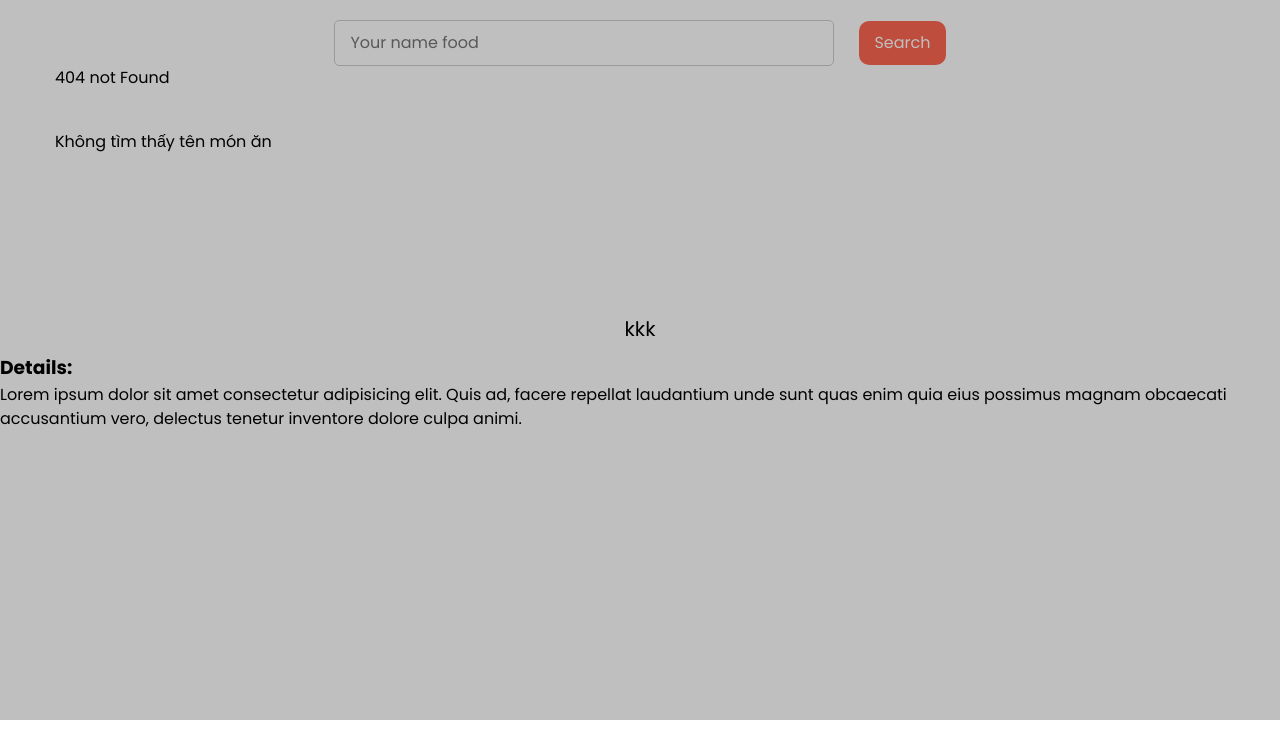
Repository: hoang0508/ReactJsDevWork
Page: /
These files come from the project's save history. The page is drawn as it stood at one moment and after the next save; the edit follows.
The browser window is 1280 px wide. The pictures show the whole page.
The page's requests for data from a server got no answer. The project was rebuilt for these pictures with package versions that can differ from the ones it lists, and the page was loaded fresh each time. No one was signed in, and anything a server would have sent is missing.

Above is the page before, as saved 2022-02-05 22:53:43.

### src/index.scss
body {
  margin: 0;
  font-family: "Poppins", sans-serif;
  font-size: 16px;
  -webkit-font-smoothing: antialiased;
  -moz-osx-font-smoothing: grayscale;
}

code {
  font-family: source-code-pro, Menlo, Monaco, Consolas, "Courier New",
    monospace;
}

### src/App.js
import "./App.scss";
// import Button from "./components/Button/Button";
import Food from "./components/FoodApi/Food";

function App() {
  return (
    <>
      {/* <div>Hello</div> */}
      <Food />
      {/* <Button /> */}
    </>
  );
}

export default App;

### src/App.scss
@import url("https://fonts.googleapis.com/css2?family=Poppins:ital,wght@0,300;0,400;0,500;0,600;0,700;1,600&family=Red+Hat+Display:wght@300;400;500;600;700&display=swap");
*,
*::before,
*::after {
  box-sizing: border-box;
}
body,
h1,
h2,
h3,
h4,
h5,
h6,
p,
figure,
picture {
  margin: 0;
}
body {
  min-height: 100vh;
  line-height: 1.5;
}
input,
button,
select,
textarea {
  font: inherit;
}
img,
picture {
  display: block;
  max-width: 100%;
}
/* remove animation for people who've turned them off */
@media (prefers-reduced-motion: reduce) {
  *,
  *::before,
  *::after {
    animation-duration: 0.01ms !important;
    animation-iteration-count: 1 !important;
    transition-duration: 0.01ms !important;
    scroll-behavior: auto !important;
  }
}

// body {
//   background: #eb3349; /* fallback for old browsers */
//   background: -webkit-linear-gradient(
//     to right,
//     #f45c43,
//     #eb3349
//   ); /* Chrome 10-25, Safari 5.1-6 */
//   background: linear-gradient(
//     to right,
//     #f45c43,
//     #eb3349
//   ); /* W3C, IE 10+/ Edge, Firefox 16+, Chrome 26+, Opera 12+, Safari 7+ */
// }

### src/components/FoodApi/Food.js
// import lodas from "lodash";
import React, { useState } from "react";
import useHookFoodAPI from "../../hooks/useHookFoodAPI";
import "./Food.scss";

const Food = () => {
  // khởi tạo data ô input
  const [queryMeals, setQueryMeals] = useState("chicken_breast");
  const [detailsMeals, setDetailsMeals] = useState("");
  const { data, loading, notFound, setUrl } = useHookFoodAPI(
    `https://www.themealdb.com/api/json/v1/1/filter.php?i=${queryMeals}`
  );
  //
  const handleChangeFood = (e) => {
    setQueryMeals(e.target.value);
  };
  // Hàm Btn Click URL
  const handleDataFood = (e) => {
    e.preventDefault();
    setUrl(
      `https://www.themealdb.com/api/json/v1/1/filter.php?i=${queryMeals}`
    );
  };
  const handleBtnDetails = (e, id) => {
    e.preventDefault();
    setDetailsMeals(
      `https://www.themealdb.com/api/json/v1/1/lookup.php?i=${id}`
    );
  };
  return (
    <>
      <div className="food">
        <form>
          {/* input */}
          <input
            className="food-input"
            type="text"
            // defaultValue={queryMeals}
            placeholder="Your name food"
            onChange={(e) => handleChangeFood(e)}
          />
          <button onClick={(e) => handleDataFood(e)} className="food-btn">
            Search
          </button>
        </form>
        {/* loading */}
        {loading && <div className="food-loading"></div>}
        {/* Not found 404 */}
        {!loading && notFound && <p>404 not Found</p>}
        {/* foodlist */}
        <div className="food-list">
          {!data.meals && <div>Không tìm thấy tên món ăn</div>}
          {!loading &&
            data.meals &&
            data.meals.length > 0 &&
            data.meals.map((item, index) => {
              if (!item.strMeal || item.strMeal.length <= 0) {
                return null;
              }
              return (
                <div className="food-item" key={item.idMeal}>
                  <div className="food-image">
                    <img src={item.strMealThumb} alt="" />
                  </div>
                  <div className="food-title">{item.strMeal}</div>
                  <button
                    onClick={(e, id) => handleBtnDetails(e, item.idMeal)}
                    className="food-btn food-btn--primary"
                  >
                    Watch Details
                  </button>
                </div>
              );
            })}
        </div>
        <div className="food-modal">
          <div className="food-container">
            <div className="food-title">kkk</div>
            <h3>Details: </h3>
            <div className="food-desc">
              Lorem ipsum dolor sit amet consectetur adipisicing elit. Quis ad,
              facere repellat laudantium unde sunt quas enim quia eius possimus
              magnam obcaecati accusantium vero, delectus tenetur inventore
              dolore culpa animi.
            </div>
            <div className="modal-images">
              <img src="" alt="" />
            </div>
          </div>
        </div>
      </div>
    </>
  );
};

export default Food;

### src/hooks/useHookFoodAPI.js
import axios from "axios";
import { useEffect, useRef, useState } from "react";

export default function useHookFoodAPI(initialUrl, initialData) {
  // render data
  const [data, setData] = useState([]);
  // Loading
  const [loading, setLoading] = useState(true);
  // Not found search
  const [notFound, setNotFound] = useState("");
  // url Link API
  const [url, setUrl] = useState(initialUrl);
  const fetchDataFood = useRef();
  fetchDataFood.current = async () => {
    setLoading(true);
    try {
      const reponse = await axios.get(url);
      setData(reponse.data);
      setLoading(false);
    } catch (err) {
      setLoading(false);
      setNotFound(`404 ${err}`);
    }
  };
  // Fuction onChange input
  // const handleChangeFood = lodash.debounce((e) => {
  //   setQueryMeals(e.target.value);
  // }, 500);
  // useEffect
  useEffect(() => {
    fetchDataFood.current();
  }, [url]);
  return {
    data,
    loading,
    notFound,
    setUrl,
  };
}

### src/components/FoodApi/Food.scss
.food {
  max-width: 1170px;
  margin: 20px auto 0;
  form {
    display: flex;
    align-items: center;
    justify-content: center;
    gap: 0 25px;
    margin: 0 auto;
  }
  &-input {
    display: block;
    max-width: 500px;
    width: 100%;
    border: 1px solid #ccc;
    border-radius: 5px;
    padding: 10px 15px;
    outline: none;
    overflow: hidden;
    transition: all 0.25s linear;
  }
  &-input:focus {
    border-color: #2cccff;
  }
  &-btn {
    padding: 10px 15px;
    background-color: #ff6651;
    color: #fff;
    outline: none;
    border: 0;
    border-radius: 10px;
    cursor: pointer;
  }
  &-btn--primary {
    display: block;
    margin: 0 auto;
    margin-top: auto;
    margin-bottom: 20px;
  }
  &-list {
    display: grid;
    grid-template-columns: repeat(3, 1fr);
    grid-gap: 40px;
    margin: 40px 0 100px;
  }
  &-item {
    background-color: #fff;
    border-radius: 10px;
    border: 1px solid #ccc;
    overflow: hidden;
    cursor: pointer;
    // transition: all 0.25s linear;
    display: flex;
    flex-direction: column;
  }
  &-image {
    height: 300px;
    img {
      width: 100%;
      height: 100%;
      object-fit: cover;
    }
  }
  &-title {
    text-align: center;
    margin-top: 15px;
    font-size: 20px;
    padding: 10px 0;
  }
  &-loading {
    width: 80px;
    height: 80px;
    border-radius: 100rem;
    border: 5px solid #2cccff;
    border-right: transparent;
    animation: foodLoading 2s linear infinite;
    margin: 50px auto;
  }
  @keyframes foodLoading {
    0% {
      transform: rotate(0deg);
    }
    // 50% {
    //   transform: rotate(45deg);
    // }
    100% {
      transform: rotate(360deg);
    }
  }
  &-modal {
    position: fixed;
    top: 0;
    left: 0;
    right: 0;
    bottom: 0;
    z-index: 999999;
    background-color: rgba(0, 0, 0, 0.25);
    display: flex;
    align-items: center;
    justify-content: center;
    flex-direction: column;
  }
}

Loaded but not shown: public/index.html (common file); src/index.js (common file); src/reportWebVitals.js (common file)

After the next save:
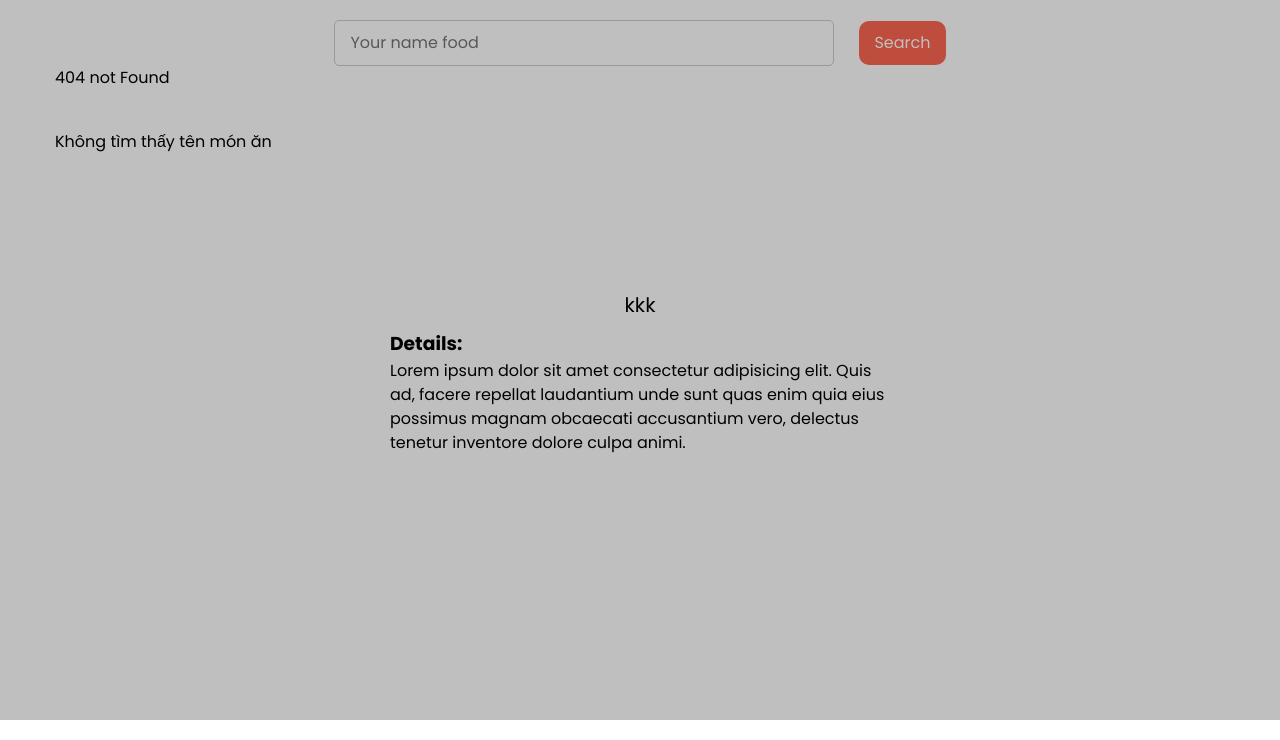
Saved 41 s later.
--- a/src/components/FoodApi/Food.scss
+++ b/src/components/FoodApi/Food.scss
@@ -100,4 +100,8 @@
     justify-content: center;
     flex-direction: column;
   }
+  &-container {
+    max-width: 500px;
+    overflow: scroll;
+  }
 }
